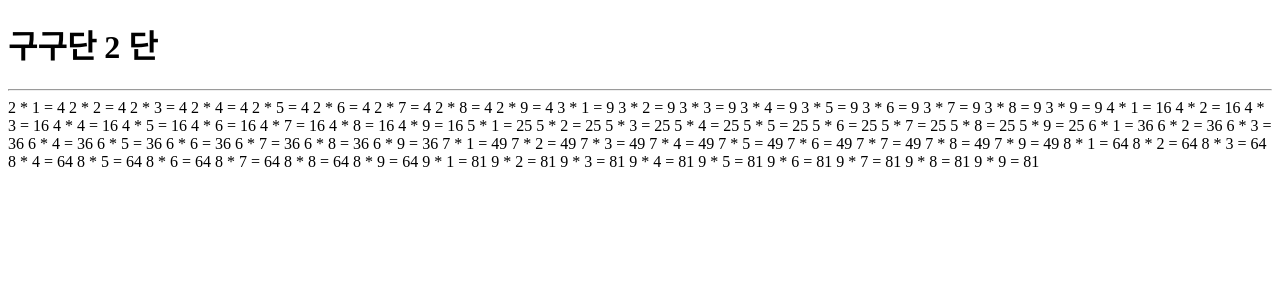
Repository: GITJIWOO/JavaBasic
Page: http://localhost/JSPBasic/gugudan.jsp
The author's editor kept a copy of each file at every save. The page is drawn from the files as they stood at one save, then again after the next save.
The browser window is 1280 px wide. The pictures show the whole page.
The page is served by Tomcat 9.

Above is the page before, as saved 2021-07-29 03:19:46.

### JSPBasic/WebContent/gugudan.jsp
<%@ page language="java" contentType="text/html; charset=UTF-8"
    pageEncoding="UTF-8"%>
<!DOCTYPE html>
<html>
<head>
<meta charset="UTF-8">
<title>Insert title here</title>
</head>
<body>
	<% int number = 2; %>
	<h1>구구단 <% out.println(number); %>단</h1>
	<hr>
	<%
	for(int i = 2; i <= 9; i++) {
		for(int j = 1; j <= 9; j++) {
		out.println(i + " * " + j + " = " + (i * i));
		}
	}
	number++;
	%>
</body>
</html>

After the next save:
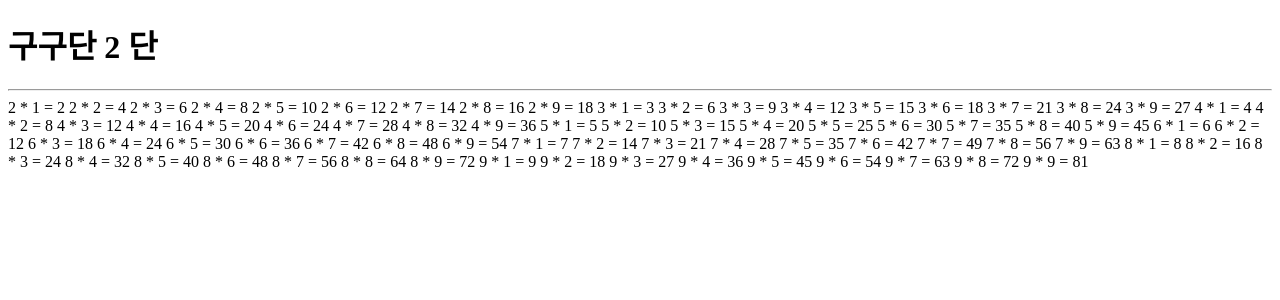
Saved 31 s later.
--- a/JSPBasic/WebContent/gugudan.jsp
+++ b/JSPBasic/WebContent/gugudan.jsp
@@ -13,7 +13,7 @@
 	<%
 	for(int i = 2; i <= 9; i++) {
 		for(int j = 1; j <= 9; j++) {
-		out.println(i + " * " + j + " = " + (i * i));
+		out.println(i + " * " + j + " = " + (j * i));
 		}
 	}
 	number++;
